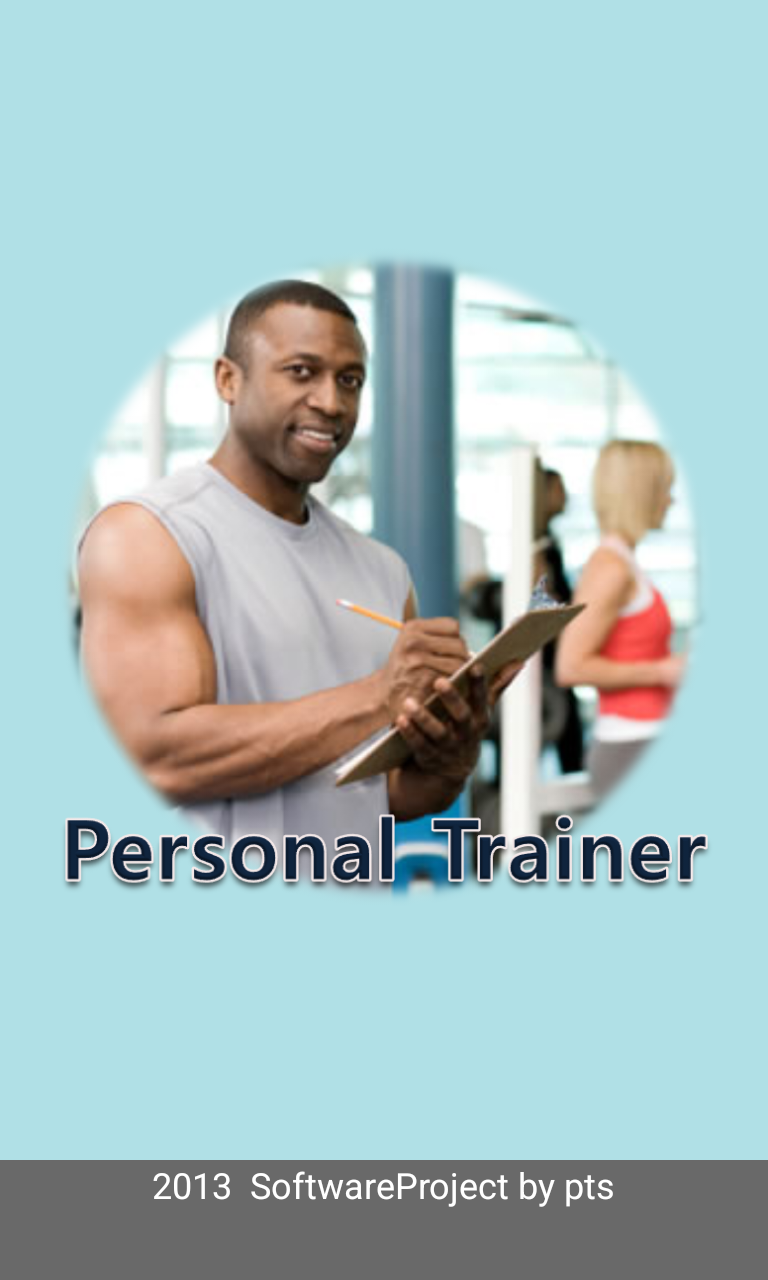
Repository: LewisLim579/2013TeamProject
Layout: PtsApp/res/layout/loading.xml
An editor plug-in stored every save of this project. The layout is shown before and after the next save, followed by the edit.
It is drawn on a 768 x 1280 px phone screen (xhdpi) without system bars, with theme AppTheme; the app's code is not run.

Above is the layout before, as saved 2013-05-21 16:05:53.

After the next save:
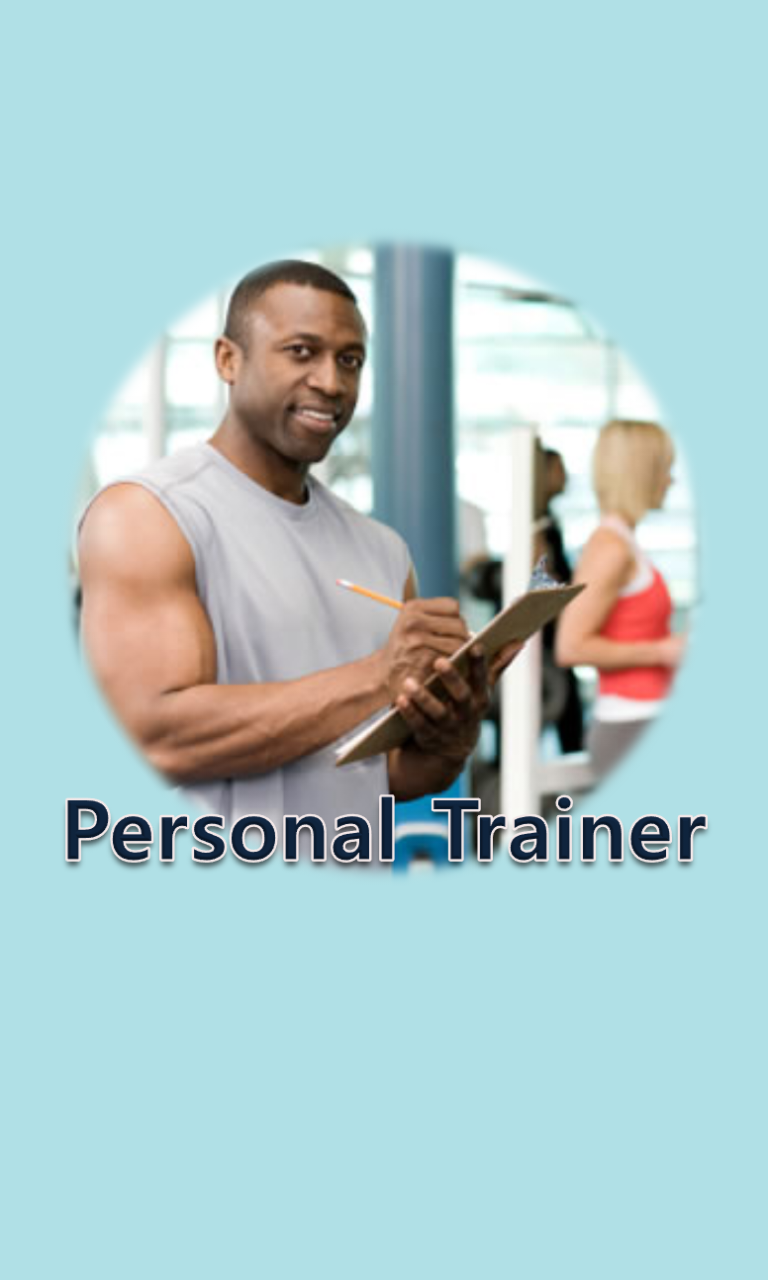
Saved 17 min 27 s later.
--- a/PtsApp/res/layout/loading.xml
+++ b/PtsApp/res/layout/loading.xml
@@ -1,34 +1,16 @@
-<LinearLayout xmlns:android="http://schemas.android.com/apk/res/android"
-    xmlns:tools="http://schemas.android.com/tools"
-    android:layout_width="match_parent"
-    android:layout_height="match_parent"
+<RelativeLayout xmlns:android="http://schemas.android.com/apk/res/android"
+    android:layout_width="fill_parent"
+    android:layout_height="fill_parent"
     android:background="#B0e0e6"
     android:orientation="vertical"
-    tools:context=".Loading"
      >
 
     <ImageView
         android:id="@+id/imageView2"
         android:layout_width="wrap_content"
-        android:layout_height="580dp"
+        android:layout_height="560dp"
+        android:layout_alignParentLeft="true"
+        android:layout_alignParentTop="true"
         android:src="@drawable/main" />
 
-    <LinearLayout
-        android:layout_width="match_parent"
-        android:layout_height="match_parent"
-        android:background="#696969"
-        android:orientation="vertical" >
-
-        <TextView
-            android:id="@+id/textView1"
-            android:layout_width="wrap_content"
-            android:layout_height="wrap_content"
-            android:layout_gravity="center"
-            android:text="2013  SoftwareProject by pts"
-            android:textAppearance="?android:attr/textAppearanceMedium"
-            android:textColor="#ffffff"
-            android:textSize="18sp" />
-
-    </LinearLayout>
-
-</LinearLayout>
+</RelativeLayout>
